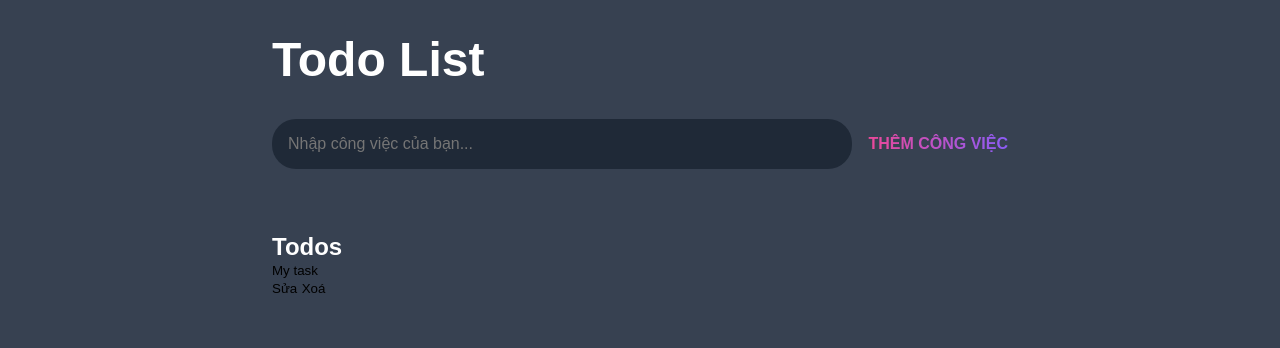
Repository: ntheanh/Todo-List
Page: index.html
These files come from the project's save history. The page is drawn as it stood at one moment and after the next save; the edit follows.
The browser window is 1280 px wide. The pictures show the whole page.
The style sheet was rebuilt from its Sass, Less or Tailwind sources for each picture, by a compiler version that may differ from the author's.

Above is the page before, as saved 2023-03-15 22:51:27.

### index.html
<!DOCTYPE html>
<html lang="en">
  <head>
    <meta charset="UTF-8" />
    <meta http-equiv="X-UA-Compatible" content="IE=edge" />
    <meta name="viewport" content="width=device-width, initial-scale=1.0" />
    <title>My Todo List</title>
    <link rel="stylesheet" href="style.css" />
  </head>
  <body>
    <header>
      <h1>Todo List</h1>
      <form action="" id="new-todo-form">
        <input
          id="new-todo-input"
          type="text"
          name="todo"
          placeholder="Nhập công việc của bạn... "
        />
        <input id="new-todo-submit" type="submit" value="Thêm Công Việc" />
      </form>
    </header>
    <main>
      <section class="task-list">
        <h2>Todos</h2>
        <div id="tasks">
          <div class="task">
            <div class="content">
              <input
                type="text"
                class="content_input"
                value="My task"
                readonly
              />
            </div>
            <div class="actons">
              <button class="edit">Sửa</button>
              <button class="delete">Xoá</button>
            </div>
          </div>
        </div>
      </section>
    </main>

    <script src="app.js"></script>
  </body>
</html>

### style.scss
:root {
  --dark: #374151;
  --darker: #1f2937;
  --darkest: #111827;
  --gray: #6b7280;
  --light: #eee;
  --pink: #ec4899;
  --purple: #8b5cf6;
}

* {
  margin: 0;
  padding: 0;
  box-sizing: border-box;
  font-family: "Poppins", sans-serif;
}

body {
  display: flex;
  flex-direction: column;
  min-height: 100vh;
  background: var(--dark);
  color: #fff;
}

header {
  padding: 2rem;
  width: 100%;
  max-width: 800px;
  margin: 0 auto;
  h1 {
    font-size: 3rem;
    font-weight: 600;
    margin-bottom: 2rem;
  }
}
#new-todo-form {
  display: flex;
}

input,
button {
  appearance: none;
  border: none;
  outline: none;
  background: none;
}

#new-todo-input {
  flex: 1 1 0%;
  background: var(--darker);
  padding: 1rem;
  border-radius: 1.5rem;
  margin-right: 1rem;
  color: var(--light);
  font-size: 1rem;
}
#new-todo-submit {
  color: var(--pink);
  font-size: 1rem;
  font-weight: 700;
  text-transform: uppercase;
  background: linear-gradient(to right, var(--pink), var(--purple));
  background-clip: text;
  -webkit-text-fill-color: transparent;
  transition: 0.4s;
  &:hover {
    opacity: 0.8;
  }
  &:active {
    opacity: 0.6;
  }
}

main {
  flex: 1 1 0%;
  width: 100%;
  max-width: 800px;
  margin: 0 auto;
  .task-list {
    padding: 2rem;
  }
}

Loaded but not shown: app.js (no stored copy; drawn as an empty file)

After the next save:
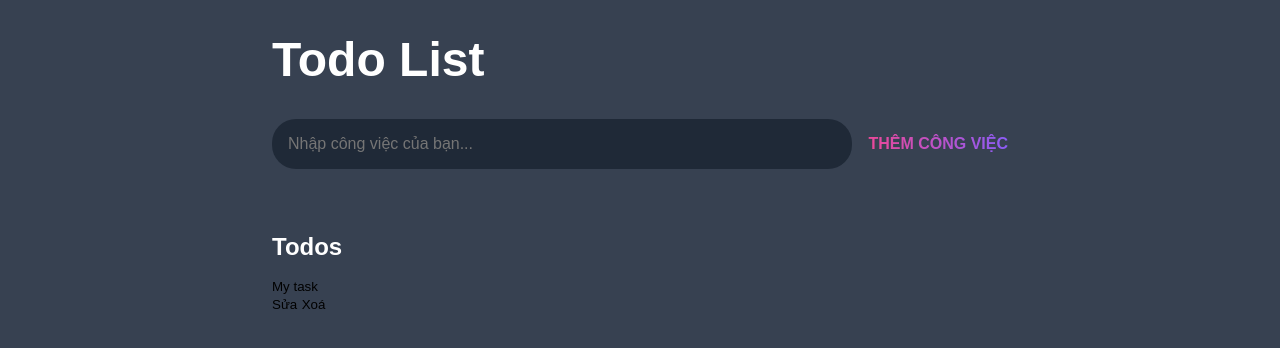
Saved 14 s later.
--- a/style.scss
+++ b/style.scss
@@ -79,5 +79,10 @@ main {
   margin: 0 auto;
   .task-list {
     padding: 2rem;
+    h2 {
+      font-size: 1.5rem;
+      font-weight: 600;
+      margin-bottom: 1rem;
+    }
   }
 }
